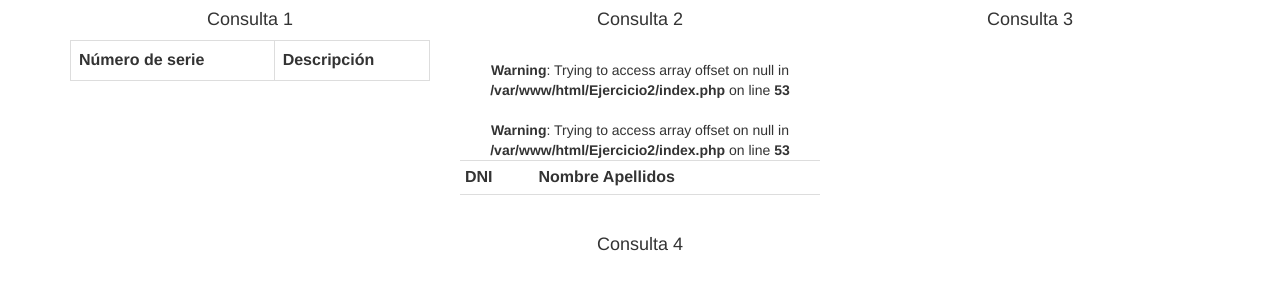
Repository: Myugen/EjercicioPHP
Page: http://localhost/Ejercicio2/index.php
The author's editor kept a copy of each file at every save. The page is drawn from the files as they stood at one save, then again after the next save.
The browser window is 1280 px wide. The pictures show the whole page.
Some web libraries are served in a nearby version. The page is run by PHP 8.4 with error messages shown; the project is at /var/www/html/. Queries for data that is not in the repository find no rows.

Above is the page before, as saved 2015-11-18 13:49:19.

After the next save:
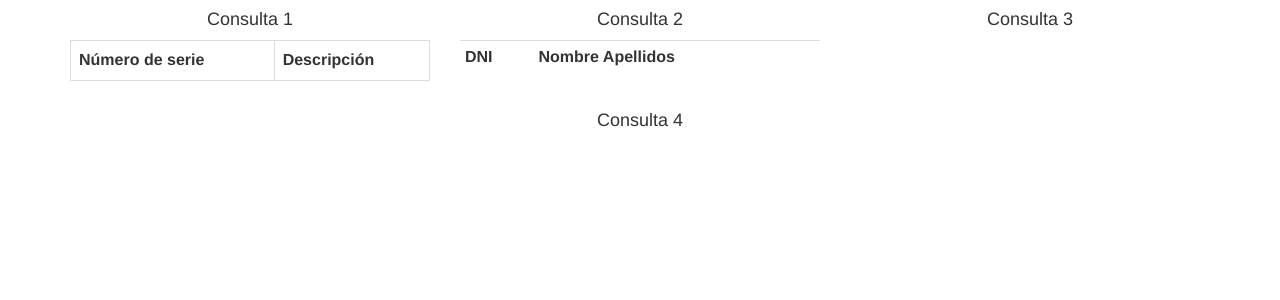
Saved 6 s later.
--- a/Actividades5-2/Ejercicio2/index.php
+++ b/Actividades5-2/Ejercicio2/index.php
@@ -49,7 +49,7 @@
 			if($resultado = $conexion->query($consulta2)) {
 				echo "<table class='table table-condensed'>";
 				echo "<tr><th>DNI</th><th>Nombre Apellidos</th></tr>";
-				while($row = $resultado->fetch_row());{
+				while($row = $resultado->fetch_row()){
 					echo "<tr><td>" . utf8_encode($row[0]) . "</td><td>" . utf8_encode($row[1]) . "</td></tr>";
 				}
 				echo "</table>";
